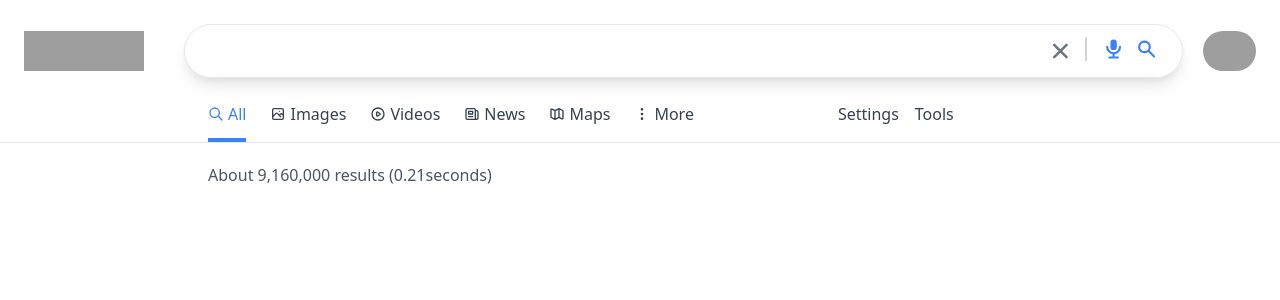
Repository: DecentraMindsCoin/google-search-clone
Page: /search
These files come from the project's save history. The page is drawn as it stood at one moment and after a run of saves; the edit follows.
The browser window is 1280 px wide. The pictures show the whole page.
Pictures or frames that could not be fetched are drawn as grey boxes. The project was rebuilt for these pictures with package versions that can differ from the ones it lists, and the page was loaded fresh each time. The framework's server and built-in components were replaced by stand-ins that run in the browser. Also part of the build but not shown: next.config.js, Response.js.

Above is the page before, as saved 2021-05-17 17:37:50.

### pages/search.js

import Head from 'next/head';
import Header from '../components/Header';
import { API_KEY, CONTEXT_KEY }  from '../keys';
import Response from "../Response";
import { useRouter } from "next/router";
import SearchResults from '../components/SearchResults';


function Search({ results }) {
    const router = useRouter();

        console.log(results);

    return (
        <div>
            <Head>
                <title>
                    {router.query.term} - Google Search
                </title>
                <link rel="icon" href=""/>
            </Head>
{/* Header */}

<Header />

{/* Search Results */}
<SearchResults results={results} />


        </div>
    )
}

export default Search;

export async function getServerSideProps(context) {

    const useDummyData = true;
    const startIndex = context.query.start || '0';

    const data = useDummyData ? Response : await fetch(`https://www.googleapis.com/customsearch/v1?key=${API_KEY}&cx=${CONTEXT_KEY}&q=${context.query.term}&start=${startIndex}`).then(response => response.json());

    // After the SERVER has rendered Pass the results to the client
    return {
        props: {
            results: data,
        }
        }
    }

### styles/globals.css
/* ./styles/globals.css */
@tailwind base;
@tailwind components;
@tailwind utilities;

@layer components {
  .btn {
    @apply bg-[#f8f9fa] p-3 rounded-md ring-gray-200 text-sm text-gray-800 hover:ring-1 focus:outline-none active:ring-gray-300 hover:shadow-md;
  }
.link {
  @apply hover:underline cursor-pointer;

  }
}

/* import from tailwind.css and delete preset css */
/* add with @apply to hover link as a modifier and cursor pointer */
/* add button btn custom gray and hover for btn className from feeling luck and Google search text */

### components/Header.js
import Image from 'next/image';
import { useRouter } from 'next/router';
import {useRef} from "react"
import { MicrophoneIcon, XIcon, SearchIcon } from '@heroicons/react/solid';
import Avatar from './Avatar';
import HeaderOptions from './HeaderOptions';


function Header() {
    const router = useRouter();
    const searchInputRef = useRef(null);

    const search = e => {
        e.preventDefault();
        const term = searchInputRef.current.value;


        if (!term) return;

        router.push(`./search?term=${term}`);
    }

    return (
        <header className="sticky top-0 bg-white">
            <div className="flex w-full p-6 items-center">
                <Image
            src='https://www.purepng.com/public/uploads/large/purepng.com-google-logo-2015brandlogobrand-logoiconssymbolslogosgoogle-6815229372333mqrr.png'
            height={40}
            width={120}
            onClick={() => router.push("/")}
            className="cursor-pointer" />
            <form className='px-6 py-3 ml-10 mr-5 flex-grow flex border border-gray-200 rounded-full shadow-lg '>
                <input ref={searchInputRef} type='text' className='flex-grow w-full focus:outline-none' type='text' />
                <XIcon className='h-7 sm:mr-3 text-gray-500 cursor-pointer transition duration-100 transform hover:scale-125'
                onClick={() =>(searchInputRef.current.value = "")}/>
                <MicrophoneIcon className='mr-3 h-6 hidden sm:inline-flex text-blue-500 border-l-2 pl-4 border-gray-300' />
                <SearchIcon className='h-6 text-blue-500 hidden sm:inline-flex'/>
                <button hidden type="submit" onClick={search}>Search</button>
            </form>
            <Avatar className='ml-auto 'url='https://coaching.papareact.com/ai9'/>
            </div>

            {/* Header Options Component */}
            <HeaderOptions />

        </header>
    )
}

export default Header

### keys.js
// Api kWZrnVM42QCiEA2Ig1bG8zjoIMOgxWwYCEeNdwY6Tv
export const API_KEY = 'AIzaSyA7YUDNBCQATijP9l34hGIXqMewhriENoQ'
// Context Key - https://cse.google.com/create/new
export const CONTEXT_KEY = '755fce7d6fc28a46b'

### components/SearchResults.js
function SearchResults({ results}) {
    return (
        <div className="mx-auto w-full px-3 sm:pl-[5%] md:pl[%14] lg:pl-52">
            <p className="text-gray-600 text-md mb-5 mt-5">About {results.searchInformation?.formattedTotalResults} results ({results.searchInformation?.formattedSearchTime}seconds) </p>
        </div>
    )
}

export default SearchResults

### components/Avatar.js
function Avatar({url, className }) {
    return (<img loading="lazy"
    className={`h-10 rounded-full cursor-pointer transition duration-150 transform hover:scale-110 ${className}`}
    src={url} alt="Profile Pic" />
    );
}

export default Avatar

### components/HeaderOptions.js
import HeaderOption from "./HeaderOption";
import {

    DotsVerticalIcon, MapIcon, NewspaperIcon, PhotographIcon, PlayIcon, SearchIcon,
} from "@heroicons/react/outline"


function HeaderOptions() {
    return (
        <div className="flex w-full text-gray-700 justify-evenly text-sm lg:text-base lg:justify-start lg:space-x-36 lg:pl-52 border-b">
            {/* left */}
           <div className="flex space-x-6">
               <HeaderOption Icon={SearchIcon}  title="All" selected/>
               <HeaderOption Icon={PhotographIcon} title="Images" />
               <HeaderOption Icon={PlayIcon} title="Videos" />
               <HeaderOption Icon={NewspaperIcon} title="News" />
               <HeaderOption Icon={MapIcon} title="Maps" />
               <HeaderOption Icon={DotsVerticalIcon} title="More" />

           </div>
                {/* right */}
            <div className="flex space-x-4">
                <p className="link">Settings</p>
                <p className="link">Tools</p>
            </div>
        </div>
    )
}

export default HeaderOptions

### components/HeaderOption.js
function HeaderOption({ Icon, title, selected}) {
    return (
        <div className={`flex items-center space-x-1 border-b-4 border-transparent hover:text-blue-500 hover:border-blue-500 pb-3 cursor-pointer ${selected && "text-blue-500 border-blue-500"}`}>
            <Icon className="h-4" />
            <p className="hidden sm:inline-flex">{title}</p>
        </div>
    )
}

export default HeaderOption

### tailwind.config.js
module.exports = {
  mode:'jit',
  purge: ['./pages/**/*.{js,ts,jsx,tsx}', './components/**/*.{js,ts,jsx,tsx}'],
  darkMode: false, // or 'media' or 'class'
  theme: {
    extend: {},
  },
  variants: {
    extend: {},
  },
  plugins: [],
}


//insert purge and mode: jit from tailwind.css

Loaded but not shown: pages/_app.js (common file)

After the next 3 saves:
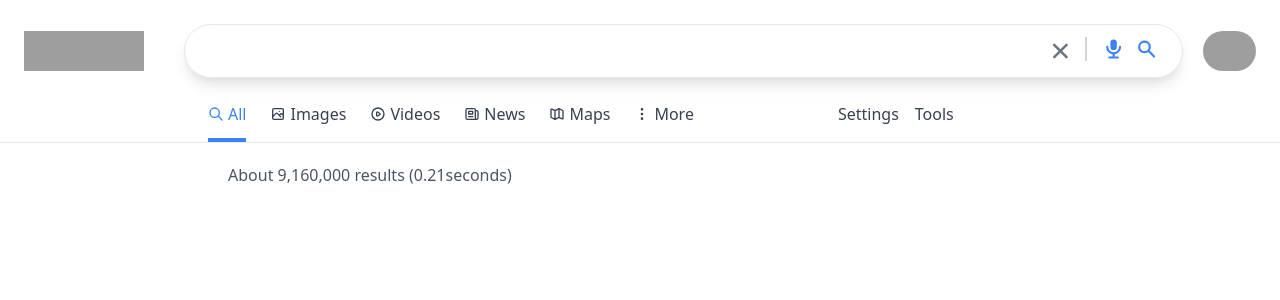
The 3 saves are shown as one change because they came seconds apart.
The last was saved 68 s later.
--- a/components/SearchResults.js
+++ b/components/SearchResults.js
@@ -1,7 +1,7 @@
 function SearchResults({ results}) {
     return (
         <div className="mx-auto w-full px-3 sm:pl-[5%] md:pl[%14] lg:pl-52">
-            <p className="text-gray-600 text-md mb-5 mt-5">About {results.searchInformation?.formattedTotalResults} results ({results.searchInformation?.formattedSearchTime}seconds) </p>
+            <p className="text-gray-600 text-md ml-5 mb-5 mt-5">About {results.searchInformation?.formattedTotalResults} results ({results.searchInformation?.formattedSearchTime}seconds) </p>
         </div>
     )
 }
